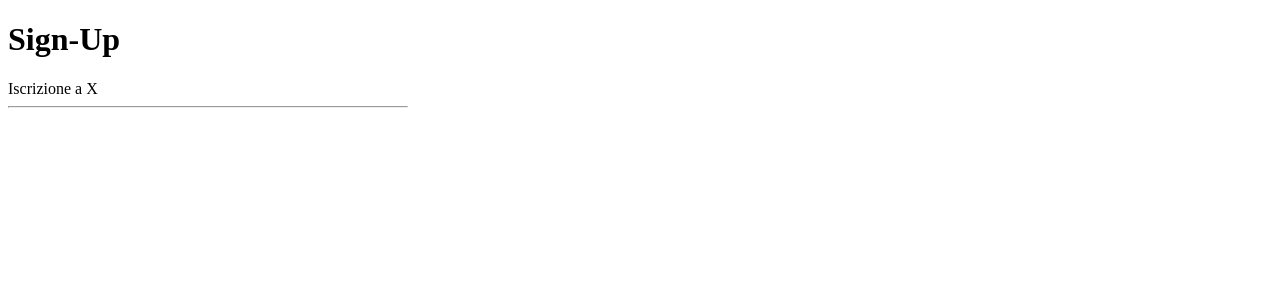
Repository: CryptoFamilyNFT/develhope
Page: html/form2.html
These files come from the project's save history. The page is drawn as it stood at one moment and after the next save; the edit follows.
The browser window is 1280 px wide. The pictures show the whole page.

Above is the page before, as saved 2024-11-06 16:40:09.

### html/form2.html
<!DOCTYPE html>
<html>

<head>
    <meta http-equiv="X-UA-Compatible" content="IE=edge" />
    <meta charset="utf-8" />
    <meta name="viewport" content="width=device-width, initial-scale=1.0, maximum-scale=1.0, user-scalable=no" />
    <title>Lezione HTML</title>
	<style>
		label {
			display: block
		}

		form {
			max-width: 400px;
		}
	</style>
</head>

<body>
	<form>
		<div>
			<h1>Sign-Up</h1>
			<body1>Iscrizione a X</body1>
		</div>
		<hr/>
		<div>

		</div>
	</form>
</body>

</html>

After the next save:
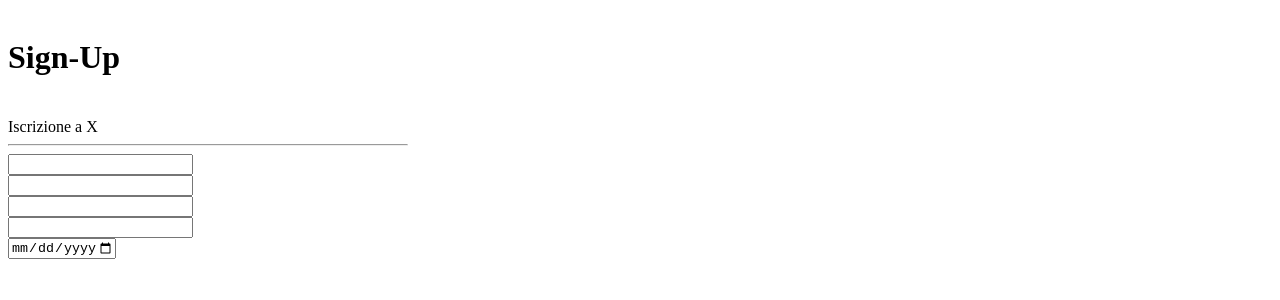
Saved 3 min 53 s later.
--- a/html/form2.html
+++ b/html/form2.html
@@ -1,33 +1,68 @@
 <!DOCTYPE html>
 <html>
-
-<head>
+  <head>
     <meta http-equiv="X-UA-Compatible" content="IE=edge" />
     <meta charset="utf-8" />
-    <meta name="viewport" content="width=device-width, initial-scale=1.0, maximum-scale=1.0, user-scalable=no" />
+    <meta
+      name="viewport"
+      content="width=device-width, initial-scale=1.0, maximum-scale=1.0, user-scalable=no"
+    />
     <title>Lezione HTML</title>
-	<style>
-		label {
-			display: block
-		}
+    <style>
+      label {
+        display: block;
+      }
 
-		form {
-			max-width: 400px;
-		}
-	</style>
-</head>
+      form {
+        max-width: 400px;
+      }
 
-<body>
-	<form>
-		<div>
-			<h1>Sign-Up</h1>
-			<body1>Iscrizione a X</body1>
-		</div>
-		<hr/>
-		<div>
+      .container {
+        display: flex;
+        flex-direction: column;
+        gap: 20px;
+        padding-top: 10px;
+      }
 
-		</div>
-	</form>
-</body>
+      .section {
+        display: flex;
+        flex-direction: column;
+      }
+    </style>
+  </head>
 
+  <body>
+    <form>
+      <div class="container">
+        <h1>Sign-Up</h1>
+        <body1>Iscrizione a X</body1>
+      </div>
+      <hr />
+      <div class="section">
+        <label for="email">
+          <input id="email" name="email" type="email" />
+        </label>
+      </div>
+      <div class="section">
+        <label for="password">
+          <input id="password" name="password" type="password" />
+        </label>
+      </div>
+	  <div class="section">
+        <label for="nome">
+          <input id="nome" name="nome" type="text" />
+        </label>
+      </div>
+	  <div class="section">
+        <label for="cognome">
+          <input id="cognome" name="cognome" type="text" />
+        </label>
+      </div>
+	  <div class="section">
+        <label for="date">
+          <input id="date" name="date" type="date" min="1930-01-01" max="2004-01-01"/>
+        </label>
+      </div>
+    </form>
+  </body>
 </html>
